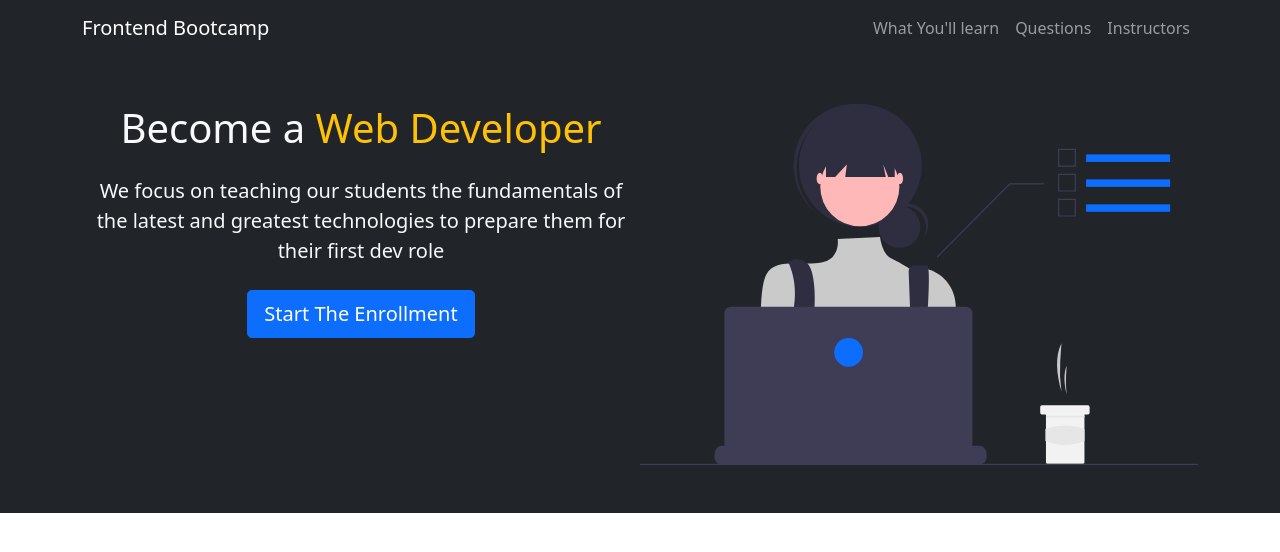
Repository: Marhamat92/Bootstrap5-Responsive-Website-
Page: index.html
The author's editor kept a copy of each file at every save. The page is drawn from the files as they stood at one save, then again after the next save.
The browser window is 1280 px wide. The pictures show the whole page.

Above is the page before, as saved 2021-09-18 16:15:58.

After the next save:
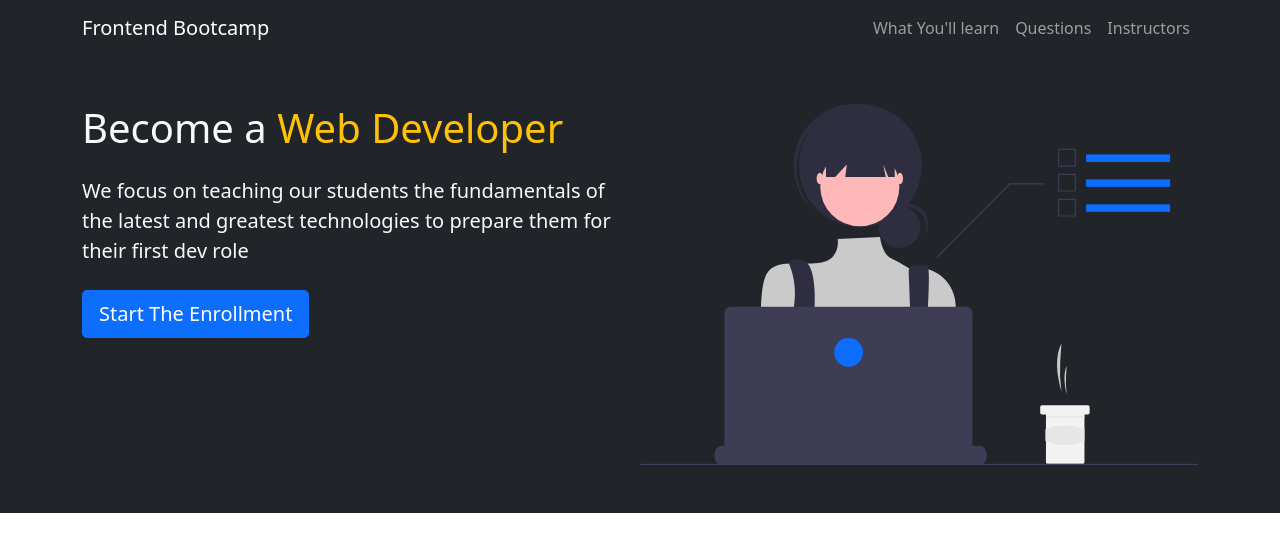
Saved 89 s later.
--- a/index.html
+++ b/index.html
@@ -38,7 +38,7 @@
 
 <!--Showcase-->
 
-<section class="bg-dark text-light p-5 text-center">
+<section class="bg-dark text-light p-5 text-center text-sm-start">
     <div class="container">
       <div class="d-sm-flex">
           <div>
